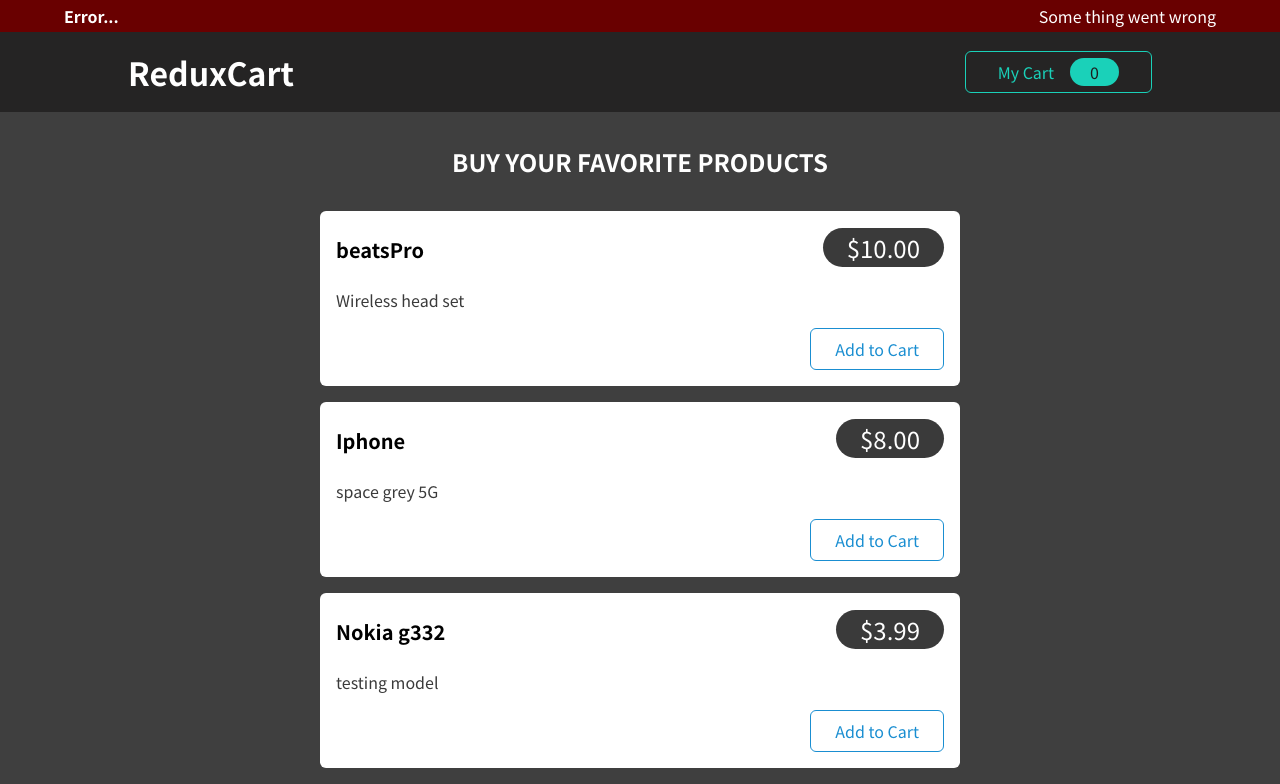
Repository: NamalPathirana/Redux-two-async
Page: /
These files come from the project's save history. The page is drawn as it stood at one moment and after the next save; the edit follows.
The browser window is 1280 px wide. The pictures show the whole page.
The page's requests for data from a server got no answer. The project was rebuilt for these pictures with package versions that can differ from the ones it lists, and the page was loaded fresh each time. No one was signed in, and anything a server would have sent is missing. Also part of the build but not shown: src/components/Cart/Cart.module.css, src/components/Cart/CartItem.module.css, src/components/Cart/CartItem.js, src/components/Cart/Cart.js.

Above is the page before, as saved 2022-04-15 13:29:58.

After the next save:
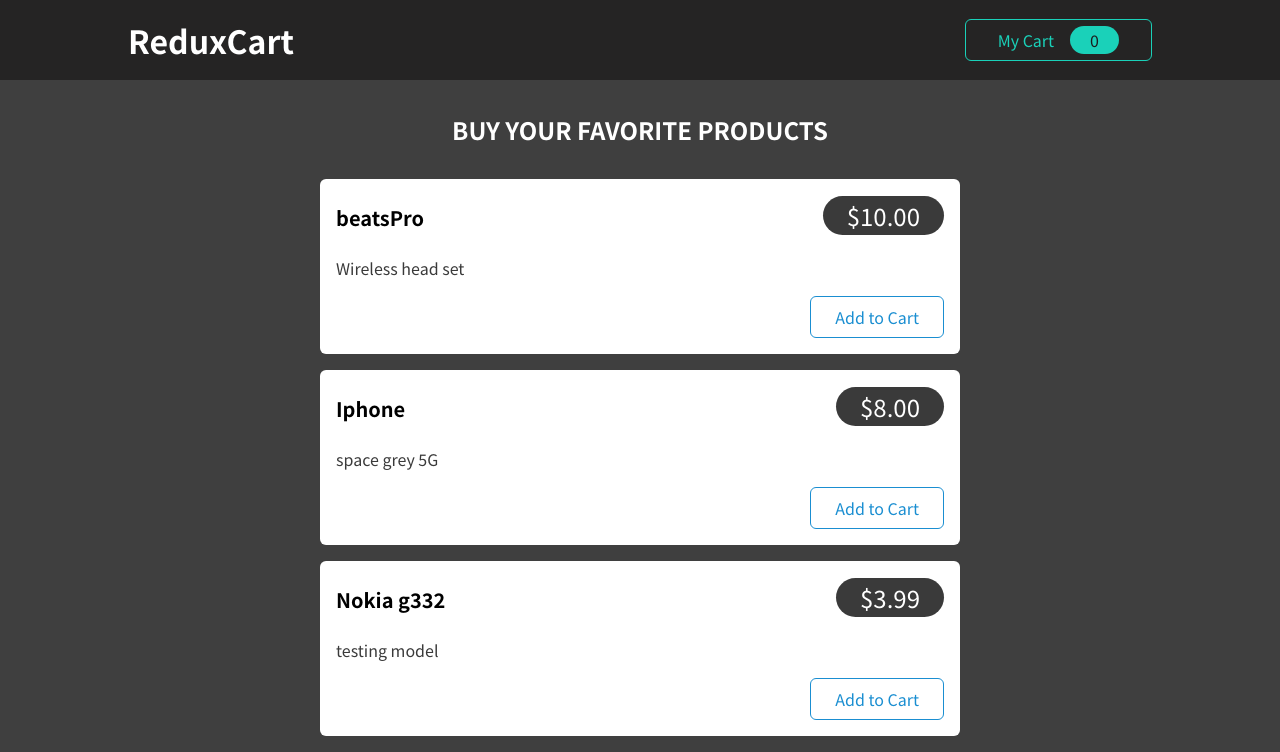
Saved 3 min 14 s later.
--- a/src/App.js
+++ b/src/App.js
@@ -43,11 +43,6 @@ function App() {
         throw new Error("something went wrong!");
       }
 
-      if (initialRender) {
-        initialRender = false;
-        return;
-      }
-
       dispatch(
         UIActions.showNotification({
           status: "success",
@@ -56,6 +51,11 @@ function App() {
         })
       );
     };
+
+    if (initialRender) {
+      initialRender = false;
+      return;
+    }
 
     sendCartData().catch((error) => {
       dispatch(
